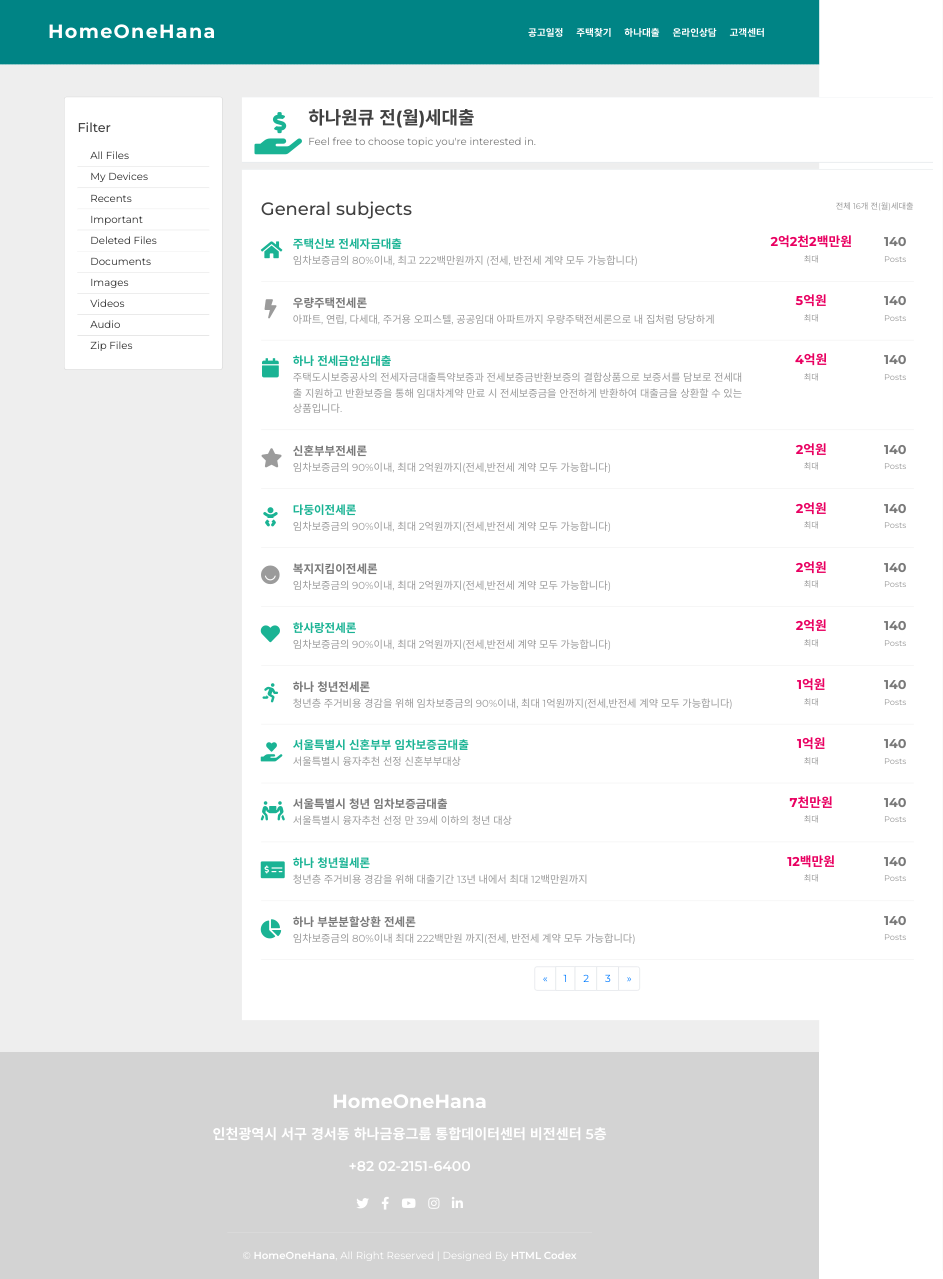
Repository: koposoftware/2021_10_syyoon
Page: http://localhost/HomeOneHana/WEB-INF/jsp/loan/loan.jsp
The author's editor kept a copy of each file at every save. The page is drawn from the files as they stood at one save, then again after the next save.
The browser window is 1280 px wide. The page is 1473 px wide, so the pictures cover 1473 px, including what lies to the right of the window. The pictures show the whole page, at 64% of full size.
Some icons come from a web library that is not loaded, so they are not drawn. Some web libraries are served in a nearby version. The page is served by Tomcat 9. Nobody is signed in. Other server files are loaded and not shown. The template is opened directly, without the code that normally fills it, so the values that code supplies are empty.

Above is the page before, as saved 2021-09-14 05:28:02.

### project/Spring-mvc/HomeOneHana/src/main/webapp/resources/css/loan/loan.css
@charset "UTF-8";


.body{
	padding-top:50px;
	padding-bottom:50px;
	background:#eee;
}

.white-bg {
    background-color: #ffffff;
}
.page-heading {
    border-top: 0;
    padding: 0 10px 20px 10px;
}

.forum-post-container .media {
  margin: 10px 10px 10px 10px;
  padding: 20px 10px 20px 10px;
  border-bottom: 1px solid #f1f1f1;
}
.forum-avatar {
  float: left;
  margin-right: 20px;
  text-align: center;
  width: 110px;
}
.forum-avatar .img-circle {
  height: 48px;
  width: 48px;
}
.author-info {
  color: #676a6c;
  font-size: 11px;
  margin-top: 5px;
  text-align: center;
}
.forum-post-info {
  padding: 9px 12px 6px 12px;
  background: #f9f9f9;
  border: 1px solid #f1f1f1;
}
.media-body > .media {
  background: #f9f9f9;
  border-radius: 3px;
  border: 1px solid #f1f1f1;
}
.forum-post-container .media-body .photos {
  margin: 10px 0;
}
.forum-photo {
  max-width: 140px;
  border-radius: 3px;
}
.media-body > .media .forum-avatar {
  width: 70px;
  margin-right: 10px;
}
.media-body > .media .forum-avatar .img-circle {
  height: 38px;
  width: 38px;
}
.mid-icon {
  font-size: 66px;
}
.forum-item {
  margin: 10px 0;
  padding: 10px 0 20px;
  border-bottom: 1px solid #f1f1f1;
}
.views-number {
  font-size: 20px;
  line-height: 18px;
  font-weight:700;
}

.loanmax{
	color:#e90061;
}

.forum-container,
.forum-post-container {
  padding: 30px !important;
}
.forum-item small {
  color: #999;
}
.forum-item .forum-sub-title {
  color: #999;
  margin-left: 50px;
}
.forum-title {
  margin: 15px 0 15px 0;
}
.forum-info {
  text-align: center;
}
.forum-desc {
  color: #999;
}
.forum-icon {
  float: left;
  width: 30px;
  margin-right: 20px;
  text-align: center;
}
a.forum-item-title {
  color: inherit;
  display: block;
  font-size: 18px;
  font-weight: 600;
}
a.forum-item-title:hover {
  color: inherit;
}
.forum-icon .fa,.fas,.fab {
  font-size: 30px;
  margin-top: 8px;
  color: #9b9b9b;
}
.forum-item.active .fa,.fas{
  color: #1ab394;
}
.forum-item.active a.forum-item-title {
  color: #1ab394;
}
@media (max-width: 992px) {
  .forum-info {
    margin: 15px 0 10px 0;
    /* Comment this is you want to show forum info in small devices */
    display: none;
  }
  .forum-desc {
    float: none !important;
  }
}





.ibox {
  clear: both;
  margin-bottom: 25px;
  margin-top: 0;
  padding: 0;
}
.ibox.collapsed .ibox-content {
  display: none;
}
.ibox.collapsed .fa.fa-chevron-up:before {
  content: "\f078";
}
.ibox.collapsed .fa.fa-chevron-down:before {
  content: "\f077";
}
.ibox:after,
.ibox:before {
  display: table;
}
.ibox-title {
  -moz-border-bottom-colors: none;
  -moz-border-left-colors: none;
  -moz-border-right-colors: none;
  -moz-border-top-colors: none;
  background-color: #ffffff;
  border-color: #e7eaec;
  border-image: none;
  border-style: solid solid none;
  border-width: 3px 0 0;
  color: inherit;
  margin-bottom: 0;
  padding: 14px 15px 7px;
  min-height: 48px;
}
.ibox-content {
  background-color: #ffffff;
  color: inherit;
  padding: 15px 20px 20px 20px;
  border-color: #e7eaec;
  border-image: none;
  border-style: solid solid none;
  border-width: 1px 0;
}
.ibox-footer {
  color: inherit;
  border-top: 1px solid #e7eaec;
  font-size: 90%;
  background: #ffffff;
  padding: 10px 15px;
}

.message-input {
    height: 90px !important;
}
.form-control, .single-line {
    background-color: #FFFFFF;
    background-image: none;
    border: 1px solid #e5e6e7;
    border-radius: 1px;
    color: inherit;
    display: block;
    padding: 6px 12px;
    transition: border-color 0.15s ease-in-out 0s, box-shadow 0.15s ease-in-out 0s;
    width: 100%;
    font-size: 14px;
}
.text-navy {
    color: #1ab394;
}
.mid-icon {
    font-size: 66px !important;
}
.m-b-sm {
    margin-bottom: 10px;
}

.p-xs h2{
	font-weight:700;
	font-size:28px;
}

.titleicon{
	margin-right:10px;
}

.mval{
	margin-top:18%;
}

Loaded but not shown: project/Spring-mvc/HomeOneHana/src/main/webapp/resources/lib/animate/animate.min.css (library); project/Spring-mvc/HomeOneHana/src/main/webapp/resources/lib/owlcarousel/assets/owl.carousel.min.css (common file); project/Spring-mvc/HomeOneHana/src/main/webapp/resources/lib/lightbox/css/lightbox.min.css (common file); project/Spring-mvc/HomeOneHana/src/main/webapp/resources/lib/easing/easing.min.js (common file); project/Spring-mvc/HomeOneHana/src/main/webapp/resources/lib/wow/wow.min.js (library); project/Spring-mvc/HomeOneHana/src/main/webapp/resources/lib/waypoints/waypoints.min.js (library); project/Spring-mvc/HomeOneHana/src/main/webapp/resources/lib/typed/typed.min.js (library); project/Spring-mvc/HomeOneHana/src/main/webapp/resources/lib/owlcarousel/owl.carousel.min.js (library); project/Spring-mvc/HomeOneHana/src/main/webapp/resources/lib/isotope/isotope.pkgd.min.js (library); project/Spring-mvc/HomeOneHana/src/main/webapp/resources/lib/lightbox/js/lightbox.min.js (library); project/Spring-mvc/HomeOneHana/src/main/webapp/resources/mail/jqBootstrapValidation.min.js (library); project/Spring-mvc/HomeOneHana/src/main/webapp/resources/js/main.js (108 lines, source omitted); project/Spring-mvc/HomeOneHana/src/main/webapp/resources/mail/contact.js (65 lines, source omitted); project/Spring-mvc/HomeOneHana/src/main/webapp/resources/css/style.css (1648 lines, source omitted); project/Spring-mvc/HomeOneHana/src/main/webapp/WEB-INF/jsp/include/topMenu.jsp (60 lines, source omitted); project/Spring-mvc/HomeOneHana/src/main/webapp/WEB-INF/jsp/include/bottomMenu.jsp (56 lines, source omitted); project/Spring-mvc/HomeOneHana/src/main/webapp/resources/css/top/menubg.css (12 lines, source omitted); project/Spring-mvc/HomeOneHana/src/main/webapp/WEB-INF/jsp/loan/loan.jsp (467 lines, source omitted)

After the next save:
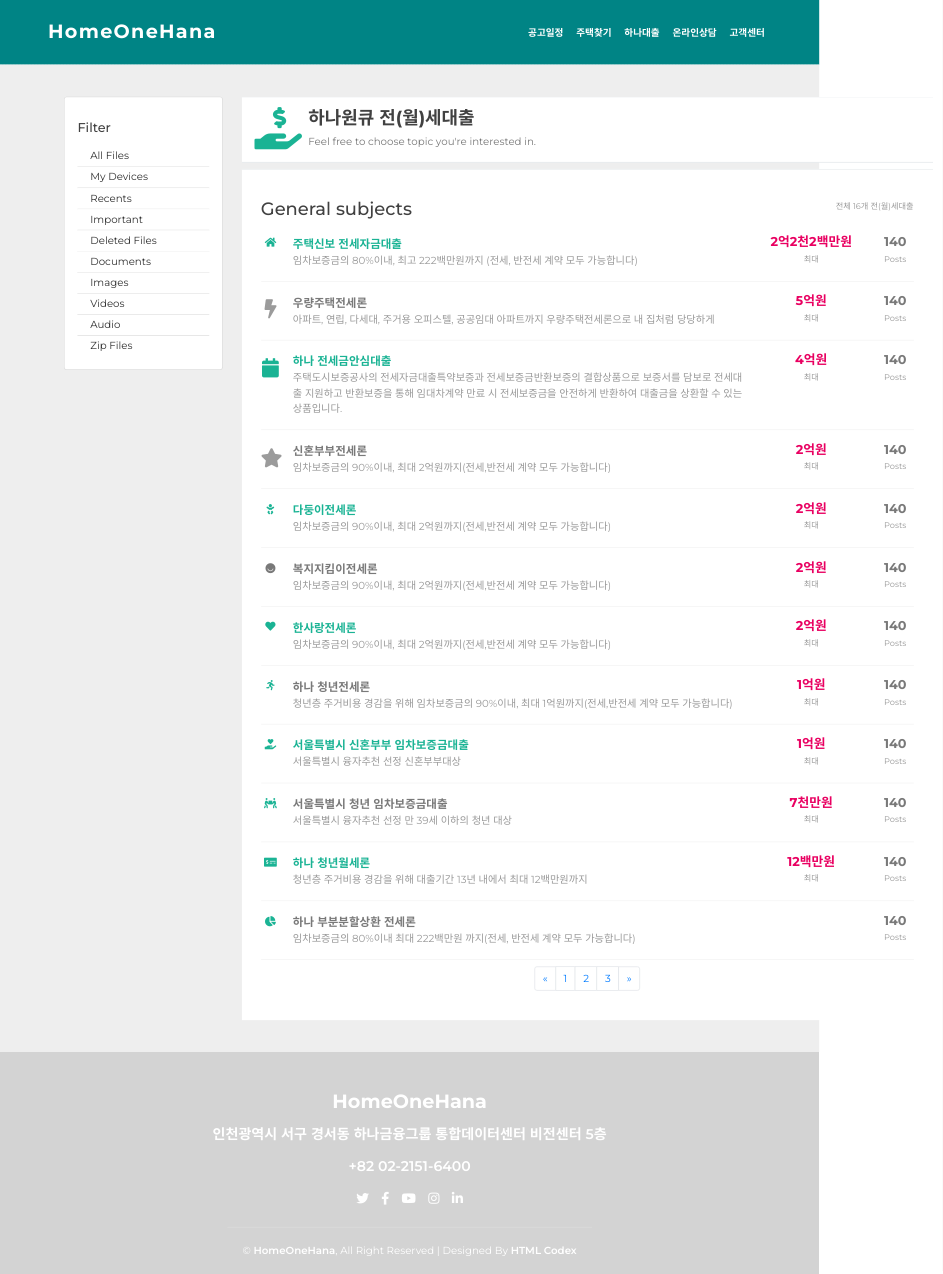
Saved 75 s later.
--- a/project/Spring-mvc/HomeOneHana/src/main/webapp/resources/css/loan/loan.css
+++ b/project/Spring-mvc/HomeOneHana/src/main/webapp/resources/css/loan/loan.css
@@ -114,7 +114,7 @@
 a.forum-item-title:hover {
   color: inherit;
 }
-.forum-icon .fa,.fas,.fab {
+.forum-icon .fa {
   font-size: 30px;
   margin-top: 8px;
   color: #9b9b9b;

After the save that followed:
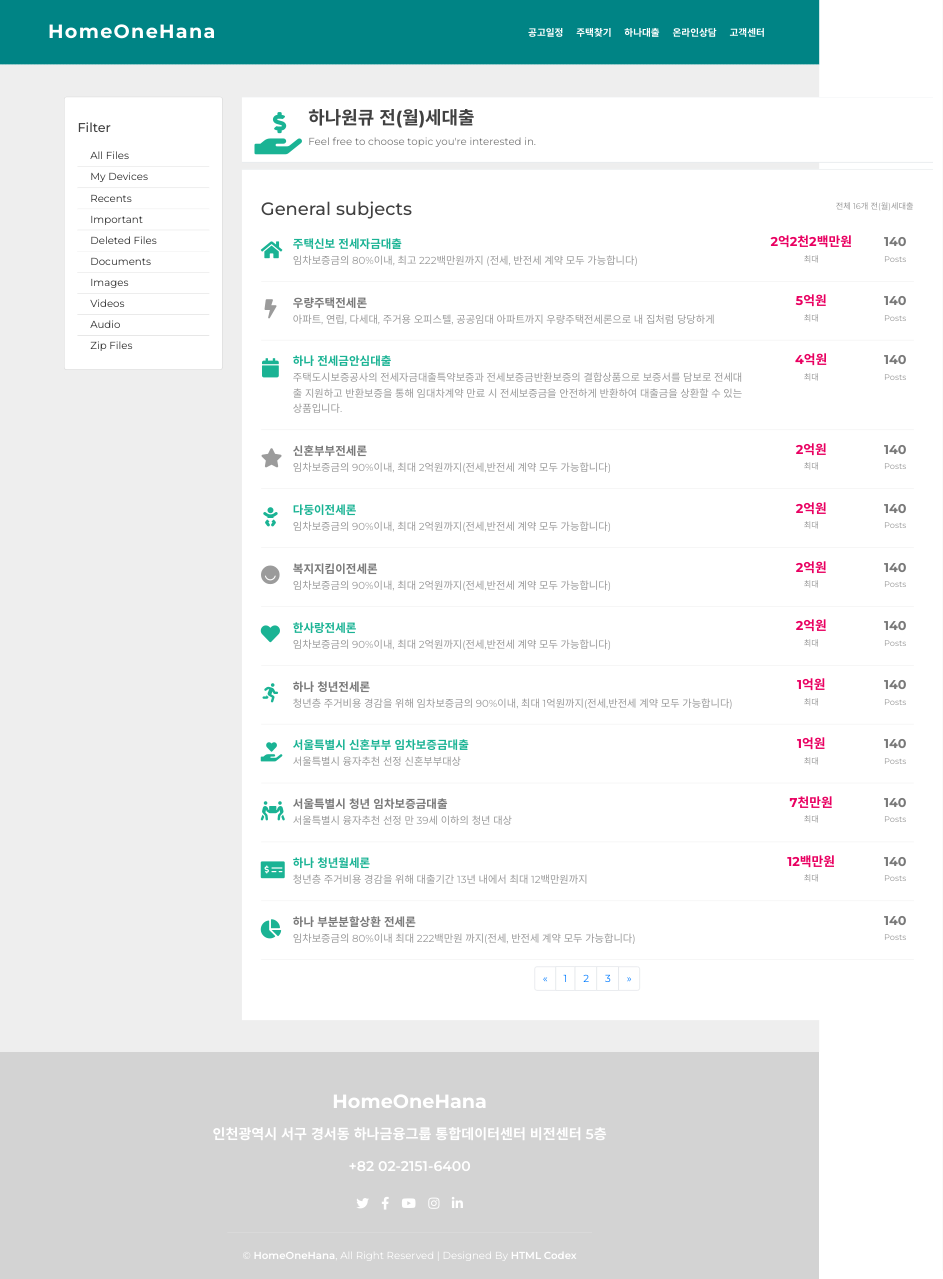
Saved 6 s later.
--- a/project/Spring-mvc/HomeOneHana/src/main/webapp/resources/css/loan/loan.css
+++ b/project/Spring-mvc/HomeOneHana/src/main/webapp/resources/css/loan/loan.css
@@ -114,7 +114,7 @@
 a.forum-item-title:hover {
   color: inherit;
 }
-.forum-icon .fa {
+.forum-icon .fa,.fas,.fab {
   font-size: 30px;
   margin-top: 8px;
   color: #9b9b9b;
